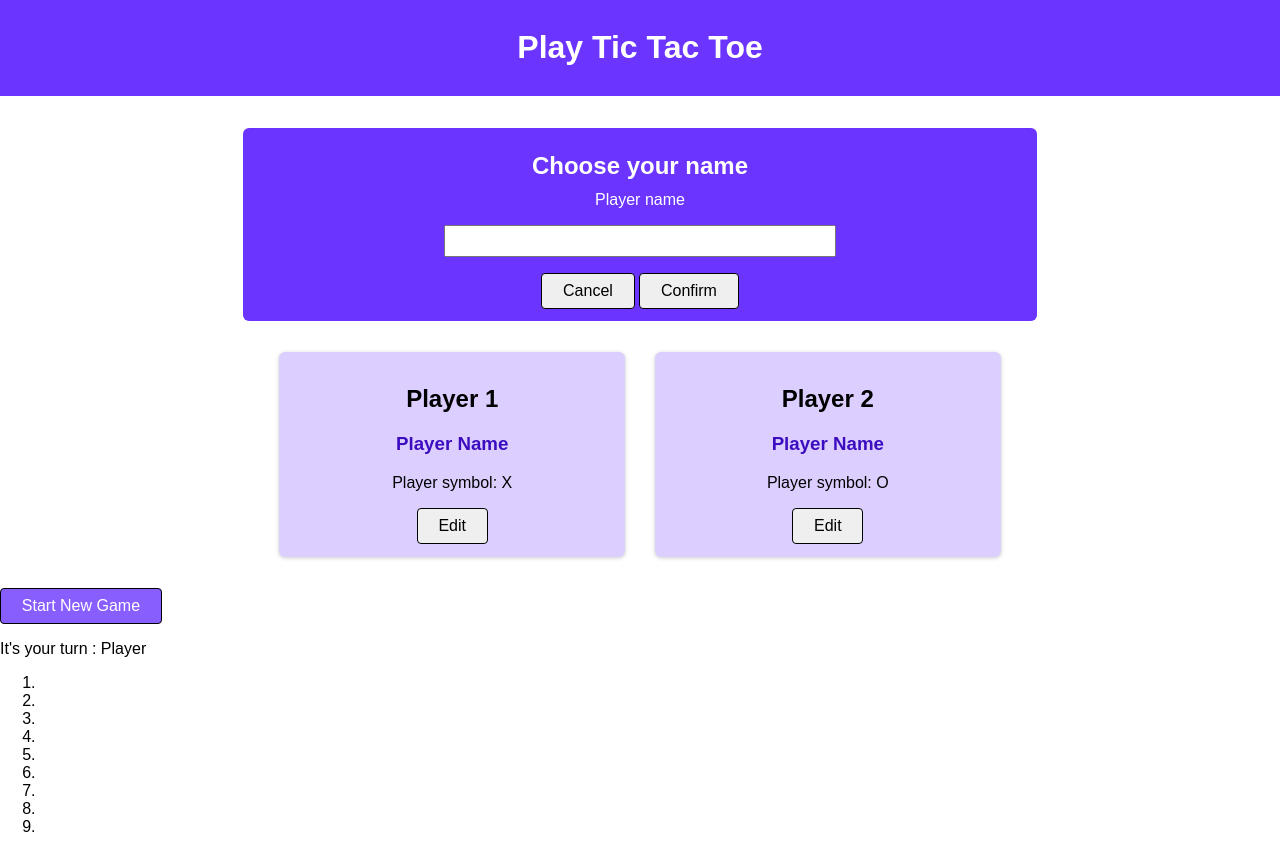
Repository: Harjot00/Wevdev
Page: Tic tac toe/index.html
These files come from the project's save history. The page is drawn as it stood at one moment and after the next save; the edit follows.
The browser window is 1280 px wide. The pictures show the whole page.
Some web fonts or font styles are not loaded; a fallback is used.

Above is the page before, as saved 2022-05-21 00:41:01.

### Tic tac toe/index.html
<!DOCTYPE html>
<html lang="en">
<head>
    <meta charset="UTF-8">
    <meta http-equiv="X-UA-Compatible" content="IE=edge">
    <meta name="viewport" content="width=device-width, initial-scale=1.0">
    <link rel="stylesheet" href="styles.css">
    <link href="https://fonts.googleapis.com/css2?family=Roboto:wght@100&family=Send+Flowers&display=swap" rel="stylesheet">
    <title>Tic Tac Toe</title>

</head>
<body>
    <header>
        <h1>Play Tic Tac Toe</h1>

    </header>
    <main>
        <aside>
            <h2>Choose your name</h2>
            <form >
                <div>
                    <label for = "playername">Player name</label>
                    <input type="text" name="username" id="username"/>

                </div>
                <div >
                    <button class="btn-class" type="button"> Cancel</button>
                    <button class="btn-class" type="submit">Confirm</button>
                </div>
            </form>
        </aside>
        <div id="gamestyle">
            <ol>
                <li>
                    <h2>Player 1</h2>
                    <h3>Player Name</h3>
                    <p>Player symbol: X</p>
                    <button class="btn-class">Edit</button>
                </li>
                <li>
                    <h2>Player 2</h2>
                    <h3>Player Name</h3>
                    <p>Player symbol: O</p>
                    <button class="btn-class">Edit</button>
                </li>
            </ol>
            <button class="btn-class" style="background-color:#895eff; color:white; margin:0 auto; ">Start New Game</button>
        </div>
         <section id="active-game">
             <p>It's your turn : Player</p>
             <ol>
                 <li></li>
                 <li></li>
                 <li></li>
                 <li></li>
                 <li></li>
                 <li></li>
                 <li></li>
                 <li></li>
                 <li></li>
             </ol>
         </section>
    </main>

</body>
</html>

### Tic tac toe/styles.css
@import url('https://fonts.googleapis.com/css2?family=Roboto:wght@100&family=Send+Flowers&display=swap');
body{
    font-family: 'Montserrat', sans-serif;
    margin: 0;
    padding: 0;
}
header{
    background-color: #6b35ff;
    margin:0 0 2rem 0;
    padding: 0.5rem 0;
    color:white;
    text-align: center;
}
aside {
    text-align: center;
    margin:1rem auto;
    width:60vw;
    color:white;
    padding:0.8rem;
    background-color:#6b35ff;
    overflow: wrapped;
    border-radius: 6px;
}
aside h2{
    margin:0.7rem 0;
}
aside input {
    display:block;
    margin:1rem auto;
    height:1.6rem;
    width:50%;
}
.btn-class{
    padding:0.5rem 1.3rem;
    font-size:1rem;
    border:1px solid black;
    border-radius: 4px;
}

#btn-div button:hover{
    background-color: #895eff;
    color:white;
    border-color: #441daf;
    cursor: pointer;
}
#gamestyle ol{
    display:flex;
    list-style: none;
    padding:0px;
    justify-content: center;
}
#gamestyle li{
    padding:0.8rem;
    margin: 15px;
    width:25%;
    background-color: #dccfff;
    text-align:center;
    border-radius: 6px;
    box-shadow: rgba(0, 0, 0, 0.2) 0px 1px 4px;

}
#gamestyle li h3{
    color:#3c0cc0;
}

After the next save:
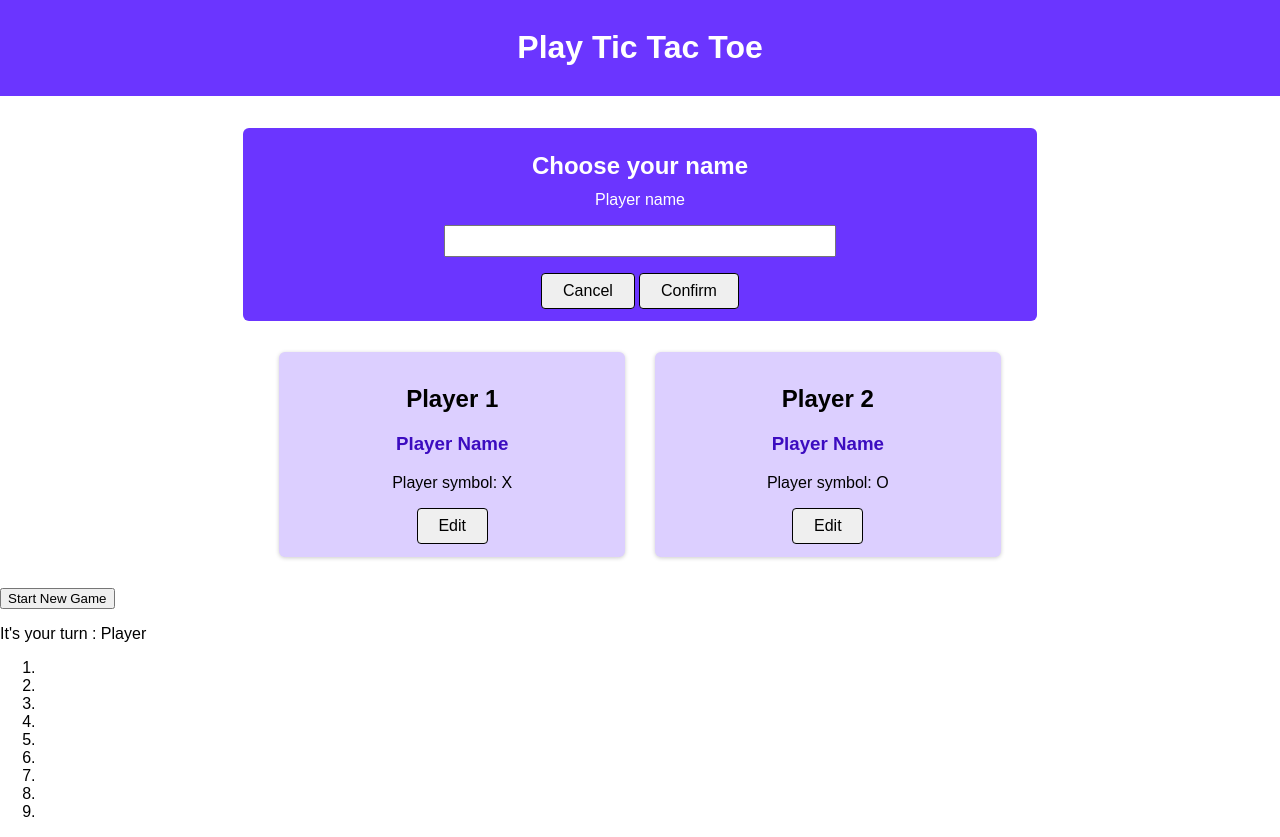
Saved 31 s later.
--- a/Tic tac toe/index.html
+++ b/Tic tac toe/index.html
@@ -44,7 +44,7 @@
                     <button class="btn-class">Edit</button>
                 </li>
             </ol>
-            <button class="btn-class" style="background-color:#895eff; color:white; margin:0 auto; ">Start New Game</button>
+            <button  ">Start New Game</button>
         </div>
          <section id="active-game">
              <p>It's your turn : Player</p>
